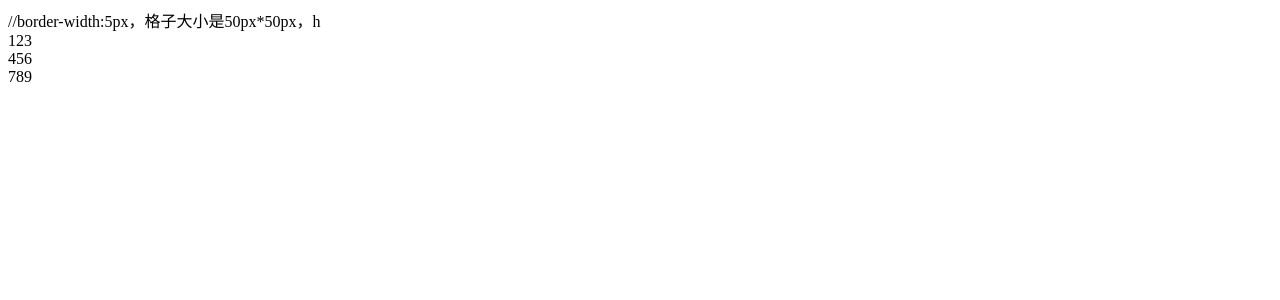
Repository: breadfruit/promise_A_add
Page: t.html
An editor plug-in stored every save of this project. The page is shown before and after the next save, followed by the edit.
The browser window is 1280 px wide. The pictures show the whole page.

Above is the page before, as saved 2021-04-08 19:45:00.

After the next save:
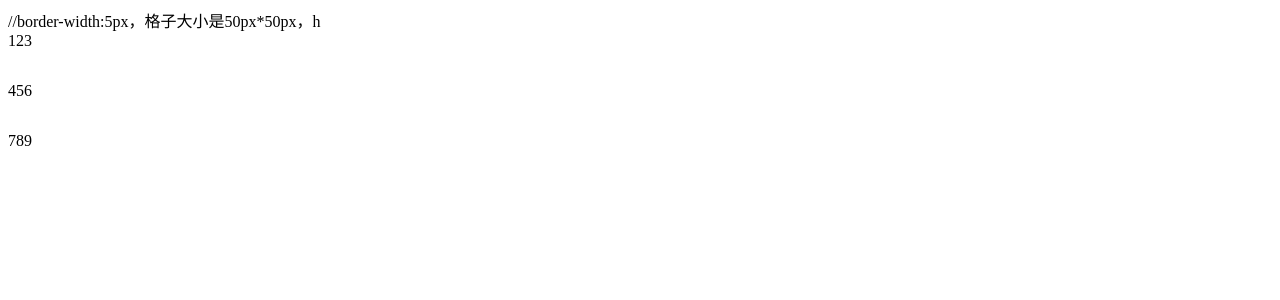
Saved 5 s later.
--- a/t.html
+++ b/t.html
@@ -6,7 +6,7 @@
     <meta name="viewport" content="width=device-width, initial-scale=1.0">
     <title>Document</title>
     <style type="text/css">
-        #box{
+        .box{
             border-width:5px
             width:50px;
             height:50px;
